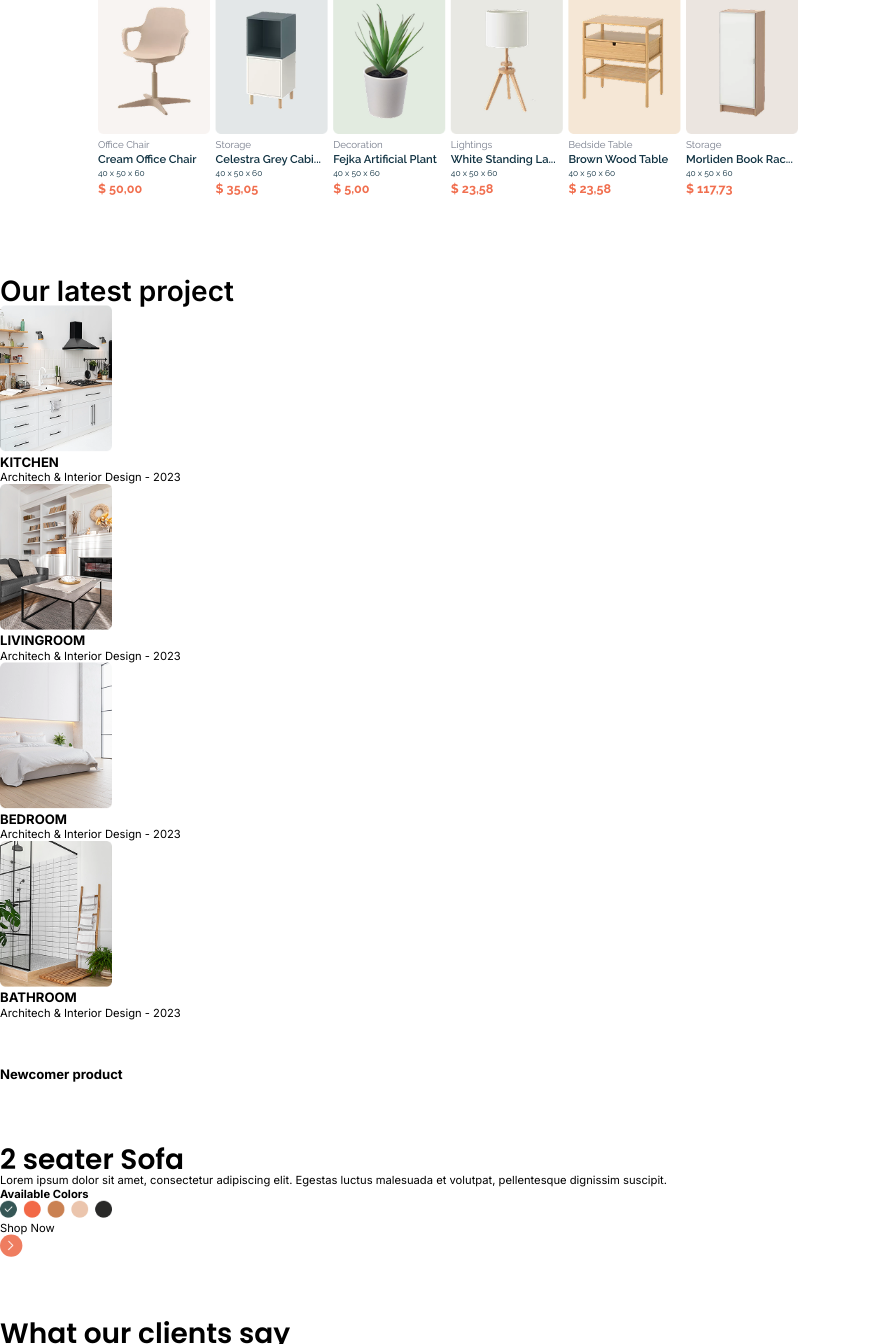
Repository: MatheusEich15/FrontEnd
Page: Prova 1 FrontEnd/Prova 1 FrontEnd/index.html
An editor plug-in stored every save of this project. The page is shown before and after a run of saves, followed by the edit.
The browser window is 1280 px wide. The pictures show the part of the page from y = 1988 to 3908 px (the page is 4807 px tall), at 70% of full size.

Above is the page before, as saved 2026-03-13 07:42:31.

### Prova 1 FrontEnd/Prova 1 FrontEnd/index.html
<!DOCTYPE html>

<html lang="en">

<head>
    <meta charset="UTF-8">
    <meta name="viewport" content="width=device-width, initial-scale=1.0">
    <title>Coca</title>
    <link rel="stylesheet" href="style.css">
    <!--  -->
</head>

<body>

    <header>

        <div id="links-header"> <!-- div para links do lado esquerdo -->
            <div id="logo-header"><img src="./assets/images/Logo-images/Logo.png" alt="Logo"></div>
            <nav>
                <ul>
                    <li><a href="#"><span>About</span></a></li>
                    <li><a href="#">Blog</a></li>
                    <li><a href="#">Contact</a></li>
                </ul>
            </nav>
        </div>
        <div id="btn-header"> <!-- div para links do lado direito -->
            <a id="sign-in-btn" href="#">Sign In</a>
            <button><img src="./assets/icons/Menu.png" alt="Menu"></button>
        </div>

    </header>

    <main>

        <section id="introduction"> <!-- Introdução ao site -->
            <div id="introduction-content">
                <h3>Explore any kind of furnitures</h3>
                <h1>Better Furniture <br>
                    Better Living</h1>
                <div id="introduction-btn">
                    <a href="#">Check our projects</a>
                    <div id="right-arrow"><img src="./assets/icons/Short Right Arrow.png" alt="Seta"></div>
                </div>
            </div>
        </section>

        <section id="about"> <!-- Sobre o site -->
            <div class="title">
                <h2>What we provide</h2>
            </div>
            <div id="about-items"> <!-- Informações básicas -->
                <div class="about-item">
                    <img src="./assets/icons/Home.png" alt="Ícone de Home">
                    <h3>10 years of experience <br>
                        in furniture business</h3>
                    <p>We’re already established since 2012, and <br>
                        in 10 years we have lots of positive <br>
                        reviews and achievements</p>
                    <div id="see-more-btn">
                        <a href="#">See more</a>
                        <img src="./assets/icons/Normal Right Arrow.png" alt="Seta">
                    </div>
                </div>
                <div class="about-item">
                    <img src="./assets/icons/Credit Card.png" alt="Ícone de Cartão de Crédito">
                    <h3>Afforable price with <br>
                        world class quality</h3>
                    <p>Our craftsmen have lots of experience <br>
                        dealing with crafting furnitures and some <br>
                        of them have world class quality</p>
                    <div id="see-more-btn">
                        <a href="#">See more</a>
                        <img src="./assets/icons/Normal Right Arrow.png" alt="Seta">
                    </div>
                </div>
                <div class="about-item">
                    <img src="./assets/icons/Thumbs Up.png" alt="Ícone de Polegares Para Cima">
                    <h3>Bring your ideas into <br>
                        a living product</h3>
                    <p>Besides you can buy the existing product, <br>
                        you can also consultate with us also to <br>
                        make your dream furniture</p>
                    <div id="see-more-btn">
                        <a href="#">See more</a>
                        <img src="./assets/icons/Normal Right Arrow.png" alt="Seta">
                    </div>
                </div>
            </div>
        </section>

        <section id="products"> <!-- Produtos disponíveis -->
            <div class="title-arrows">
                <h2>Best seller products</h2>
                <div class="title-btn">
                    <img src="./assets/icons/Normal Left Arrow Sells.png" alt="Seta">
                    <img src="./assets/icons/Normal Right Arrow Sells.png" alt="Seta">
                </div>
            </div>
            <div id="products-items">
                <div class="product-item">
                    <img src="./assets/images/Products-images/Cream Office Chair.png" alt="Cadeira de Escritório Cor Creme">
                    <p><span>Office Chair</span></p>
                    <h3>Cream Office Chair</h3>
                    <p>40 x 50 x 60</p>
                    <h4>$ 50,00</h4>
                </div>
                <div class="product-item">
                    <img src="./assets/images/Products-images/Celestra Grey Cabi.png" alt="Armário Pequeno Cor Cinza e Branco">
                    <p><span>Storage</span></p>
                    <h3>Celestra Grey Cabi...</h3>
                    <p>40 x 50 x 60</p>
                    <h4>$ 35,05</h4>
                </div>
                <div class="product-item">
                    <img src="./assets/images/Products-images/Fejka Artificial Plant.png" alt="Planta Artificial em Vaso Cor Cinza">
                    <p><span>Decoration</span></p>
                    <h3>Fejka Artificial Plant</h3>
                    <p>40 x 50 x 60</p>
                    <h4>$ 5,00</h4>
                </div>
                <div class="product-item">
                    <img src="./assets/images/Products-images/White Standing La.png" alt="Luminária Cor Branca">
                    <p><span>Lightings</span></p>
                    <h3>White Standing La...</h3>
                    <p>40 x 50 x 60</p>
                    <h4>$ 23,58</h4>
                </div>
                <div class="product-item">
                    <img src="./assets/images/Products-images/Brown Wood Table.png" alt="Mesa de Madeira Cor Marrom">
                    <p><span>Bedside Table</span></p>
                    <h3>Brown Wood Table</h3>
                    <p>40 x 50 x 60</p>
                    <h4>$ 23,58</h4>
                </div>
                <div class="product-item">
                    <img src="./assets/images/Products-images/Morliden Book Rac.png" alt="Armário Médio Moderno Cor Branca">
                    <p><span>Storage</span></p>
                    <h3>Morliden Book Rac...</h3>
                    <p>40 x 50 x 60</p>
                    <h4>$ 117,73</h4>
                </div>
            </div>
        </section>

        <section id="projects"> <!-- Demonstrações de projetos -->
            <div class="title">
                <h2><span>Our latest project</span></h2>
            </div>
            <div id="projects-items">
                <div class="project-item">
                    <img src="./assets/images/Projects-images/Kitchen.png" alt="Demonstração de Cozinha">
                    <h3>KITCHEN</h3>
                    <p>Architech & Interior Design - 2023</p>
                </div>
                <div class="project-item">
                    <img src="./assets/images/Projects-images/Livingroom.png" alt="Demonstração de Sala de Estar">
                    <h3>LIVINGROOM</h3>
                    <p>Architech & Interior Design - 2023</p>
                </div>
                <div class="project-item">
                    <img src="./assets/images/Projects-images/Bedroom.png" alt="Demonstração de Quarto">
                    <h3>BEDROOM</h3>
                    <p>Architech & Interior Design - 2023</p>
                </div>
                <div class="project-item">
                    <img src="./assets/images/Projects-images/Bathroom.png" alt="Demonstração de Banheiro">
                    <h3>BATHROOM</h3>
                    <p>Architech & Interior Design - 2023</p>
                </div>
            </div>
            <div id="project-btn"> <!-- Seta do Desktop para ver mais projetos -->
                <img src="./assets/icons/Normal Right Arrow Projects.png" alt="Seta">
            </div>
        </section>

        <section id="news"> <!-- Novidades -->
            <div id="news-content">
                <h3>Newcomer product</h3>
                <div class="title">
                    <h2>2 seater Sofa</h2>
                </div>
                <p>Lorem ipsum dolor sit amet, consectetur adipiscing elit. Egestas luctus malesuada et volutpat, pellentesque dignissim suscipit. </p>
                <div id="available-colors">
                    <h4>Available Colors</h4>
                    <img src="./assets/images/News-images/Available Colors.png" alt="Cores Disponíveis">
                </div>
                <div id="news-btn">
                    <a href="#">Shop Now</a>
                    <div id="right-arrow"><img src="./assets/icons/Short Right Arrow.png" alt="Seta"></div>
                </div>
            </div>
        </section>

        <section id="testimonials">
            <div class="title">
                <h2>What our clients say</h2>
                <div class="title-btn">
                    <img src="./assets/icons/Normal Left Arrow Sells.png" alt="Seta">
                    <img src="./assets/icons/Normal Right Arrow Sells.png" alt="Seta">
                </div>
            </div>
            <div id="testimonials-card">
                <img src="./assets/images/Testimonials-images/Testimonial Person.png" alt="Foto de pessoa">
                <img src="./assets/icons/Testimonial Person “.png" alt="Ícone de Aspas Duplas">
                <h3>As expected, 10 years
                    experience on furniture
                    business will not disappointing
                    at all</h3>
                <p>As they said, their 10 years of
                    experience in furniture and interior
                    business is real. They work it
                    professionally and friendly at the
                    same time and of course the results
                    is beyond my expectations.</p>
                <h4>Roy Rakabuming</h4>
                <div id="1-decorative">
                    <p>1</p>
                </div>
            </div>
        </section>

    </main>

    <footer>

        <div id="footer-top"> <!-- Parte superior à divisória do footer -->
            <div id="logo-footer"><img src="./assets/images/Logo-images/Logo.png" alt="Logo"></div>
            <div><h4>Better Furniture, Better Living</h4></div>
            <div id="footer-contact">
                <div id="address">
                    <div id="address-title">
                        <img src="./assets/icons/Pin.png" alt="Marcador">
                        <h4>Address</h4>
                    </div>
                    <p>7319 Wagon Lane Bradenton, FL 34203</p>
                </div>
                <div id="contact-us">
                    <div id="contact-us-title">
                        <img src="./assets/icons/Envelope.png" alt="Envelope">
                        <h4>Contact Us</h4>
                    </div>
                    <p>hellosansbrothers@gmail.com</p>
                </div>
            </div>
            <div id="footer-links"> <!-- Links do footer -->
                <nav id="footer-website">
                    <h2>Website</h2>
                    <ul>
                        <li><a href="#">Home</a></li>
                        <li><a href="#">About Us</a></li>
                        <li><a href="#">Services</a></li>
                        <li><a href="#">Contact Us</a></li>
                    </ul>
                </nav>
                <nav id="footer-products">
                    <h2>Products</h2>
                    <ul>
                        <li><a href="#">Tables</a></li>
                        <li><a href="#">Chairs</a></li>
                        <li><a href="#">Storages</a></li>
                        <li><a href="#">Decorations</a></li>
                    </ul>
                </nav>
            </div>
        </div>
        <div id="footer-bottom"> <!-- Parte inferior à divisória do footer -->
            <div id="copyrights">
                <p>© Sans Brothers</p>
            </div>
            <div id="footer-policy">
                <p>Privacy and Terms</p>
                <p>Legal Notice</p>
                <p>Languanges</p>
            </div>
            <div id="footer-media">
                <img src="./assets/icons/Facebook Logo.png" alt="Logo do Facebook">
                <img src="./assets/icons/Instagram Logo.png" alt="Logo do Intagram">
                <img src="./assets/icons/Twitter Logo.png" alt="Logo do Twitter">
                <img src="./assets/icons/Linkedin Logo.png" alt="Logo do Linkedin">
            </div>
        </div>

    </footer>

</body>

</html>

### Prova 1 FrontEnd/Prova 1 FrontEnd/style.css
@import url('https://fonts.googleapis.com/css2?family=Inter:ital,opsz,wght@0,14..32,100..900;1,14..32,100..900&family=Poppins:ital,wght@0,100;0,200;0,300;0,400;0,500;0,600;0,700;0,800;0,900;1,100;1,200;1,300;1,400;1,500;1,600;1,700;1,800;1,900&family=Raleway:ital,wght@0,100..900;1,100..900&display=swap');

:root {
    --p-font: Inter; /* Fonte de parágrafos */
    --h-font: Poppins; /* Fonte de Títulos */
    --i-font: Raleway; /* Fonte de informações */
    --white: #FFFFFF;
    --off-white: #FAF8F4;
    --blue: #0F3141;
    --black: #000000;
    --orange: #F16F4F;
    --lite-orange: #EF7D60;
    --grey: #757B8A;
}

* {
    margin: 0;
    padding: 0;
    font-family: var(--p-font);
}

li {
    list-style: none;
}

a {
    text-decoration: none;
    color: var(--black);
}

button {
    background-color: transparent;
    border: none;
}

header {
    margin: 0.75rem 1.25rem 0rem 1.25rem;
    display: flex;
    justify-content: space-between;
    align-items: center;
}

#links-header nav {
    display: none;
}

#btn-header a {
    display: none;
}

#introduction {
    background: linear-gradient(to bottom, var(--white) 0%, var(--white) 20%, transparent 100%), url(./assets/images/Instroduction-images/Introduction\ Background\ Image.png);
    background-position: bottom;
    background-repeat: no-repeat;
    background-size: auto 375px;
}

#introduction-content {
    margin-top: 4.813rem;
    color: var(--black);
    display: flex;
    flex-direction: column;
    align-items: center;
}

#introduction-content h3 {
    font-weight: 500;
    font-size: 0.875rem;
    line-height: 1.875rem;
    letter-spacing: 1%;
    text-transform: uppercase;
    text-align: center;
    color: var(--blue);
}

#introduction-content h1 {
    margin-top: 0.5rem;
    font-family: var(--h-font);
    font-weight: 600;
    font-size: 2.75rem;
    line-height: 3.25rem;
    letter-spacing: -3%;
    text-align: center;
}

#introduction-btn {
    width: 15.125rem;
    height: 3.5rem;
    margin-top: 1.5rem;
    background-color: var(--orange);
    display: flex;
    justify-content: center;
    align-items: center;
    gap: 1rem;
    border-radius: 0.25rem;
    margin-bottom: 12.875rem;
}

#right-arrow {
    width: 2rem;
    height: 2rem;
    border-radius: 100%;
    background-color: var(--lite-orange);
    display: flex;
    justify-content: center;
    align-items: center;
}

#introduction-btn a {
    color: var(--white);
    font-weight: 600;
    font-size: 1.125rem;
    line-height: 100%;
    letter-spacing: -1%;
}

#about {
    display: flex;
    flex-direction: column;
    align-items: center;
    background-color: var(--off-white);
}

.title h2 {
    font-family: var(--h-font);
    margin-top: 5.563rem;
    font-weight: 600;
    font-size: 2.5rem;
    line-height: 100%;
    letter-spacing: -3%;
}

#about-items {
    margin-top: 3.313rem;
    display: flex;
    flex-direction: column;
    align-items: center;
    gap: 3.75rem;
    margin-bottom: 3.938rem;
}

.about-item h3 {
    margin-top: 0.75rem;
    font-family: var(--h-font);
    font-weight: 600;
    font-size: 1.5rem;
    line-height: 2.125rem;
    letter-spacing: -2%;
}

.about-item p {
    margin-top: 1rem;
    color: var(--grey);
    font-weight: 400;
    font-size: 1rem;
    line-height: 1.75rem;
    letter-spacing: 1%;
}

#see-more-btn {
    margin-top: 1.5rem;
    display: flex;
    align-items: center;
    gap: 0.5rem;
}

#see-more-btn a {
    color: var(--orange);
    font-weight: 600;
    font-size: 0.875rem;
    line-height: 1.688rem;
    letter-spacing: 1%;
}

#products {
    display: flex;
    flex-direction: column;
    align-items: center;
}

.title-arrows {
    margin: 5rem 1.938rem 0rem 1.5rem;
    display: flex;
}

.title-arrows h2 {
    font-family: var(--h-font);
    font-weight: 600;
    font-size: 2.5rem;
    line-height: 3.25rem;
    letter-spacing: -3%;
}

.title-btn {
    display: flex;
    align-items: end;
    gap: 0.5rem;
    margin-bottom: 0.75rem;
}

.title-btn img {
    max-width: 2rem;
    max-height: 2rem;
}

#products-items {
    display: flex;
    flex-wrap: wrap;
    justify-content: center;
    gap: 0.5rem;
    margin-top: 3.063rem;
}

.product-item {
    display: flex;
    flex-direction: column;
    gap: 0.125rem;
    margin-bottom: 1.5rem;
}

.product-item img {
    margin-bottom: 0.375rem;
}

.product-item p span {
    font-family: var(--i-font);
    color: var(--grey);
    font-weight: 400;
    font-size: 0.875rem;
    line-height: 100%;
    letter-spacing: 1%;
}

.product-item h3 {
    font-family: var(--i-font);
    color: var(--blue);
    font-weight: 600;
    font-size: 1rem;
    line-height: 1.5rem;
    letter-spacing: 0%;
}

.product-item p {
    font-family: var(--i-font);
    color: var(--blue);
    font-weight: 400;
    font-size: 0.75rem;
    line-height: 100%;
    letter-spacing: 1%;
}

.product-item h4 {
    font-family: var(--i-font);
    color: var(--orange);
    font-weight: 700;
    font-size: 1.125rem;
    line-height: 1.75rem;
    letter-spacing: 1%;
}

#projects {

}

After the next 2 saves:
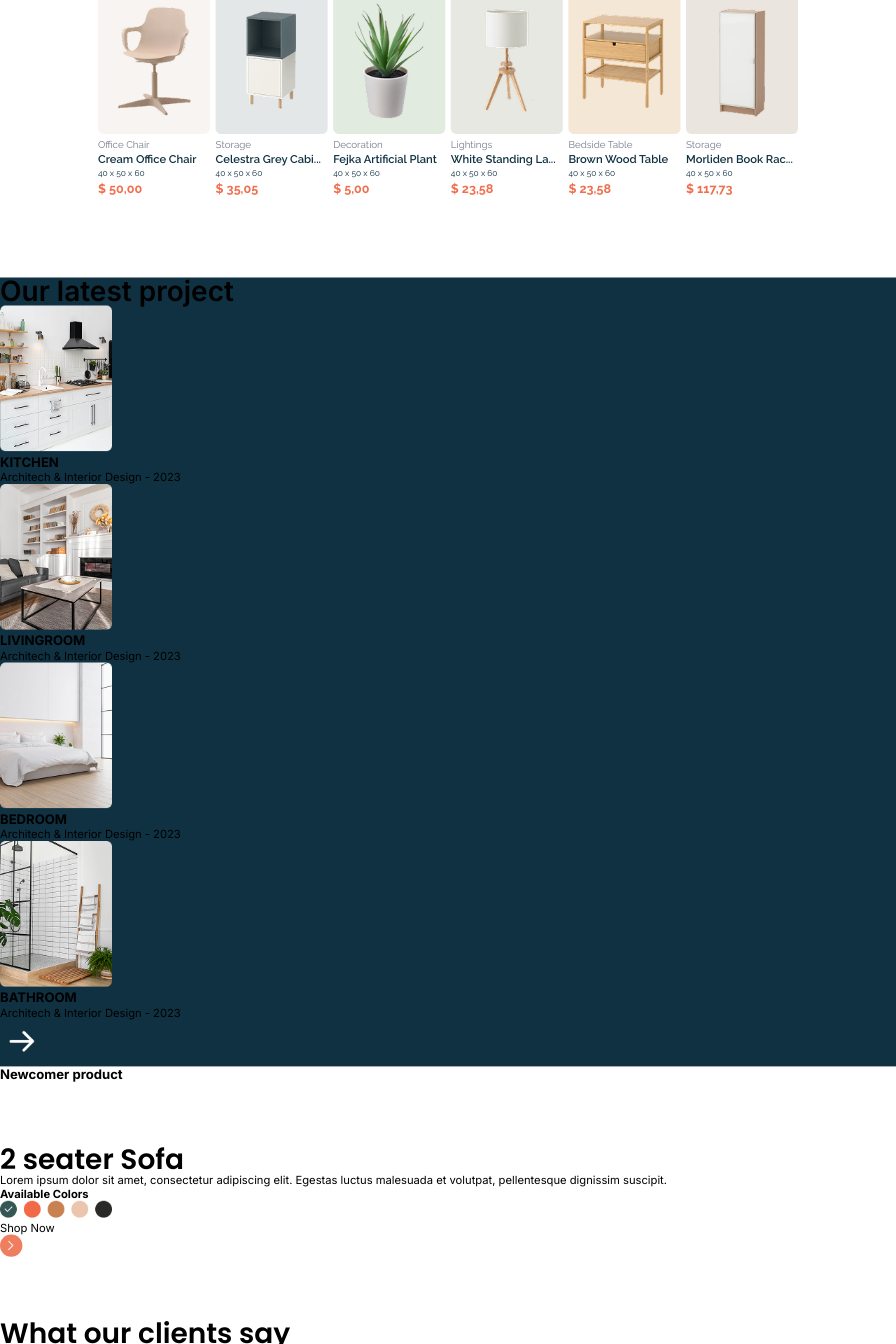
The 2 saves are shown as one change because they came seconds apart.
The last was saved 12 s later.
--- a/Prova 1 FrontEnd/Prova 1 FrontEnd/style.css
+++ b/Prova 1 FrontEnd/Prova 1 FrontEnd/style.css
@@ -259,5 +259,5 @@ header {
 }
 
 #projects {
-
-}
+    background-color: var(--blue);
+}
